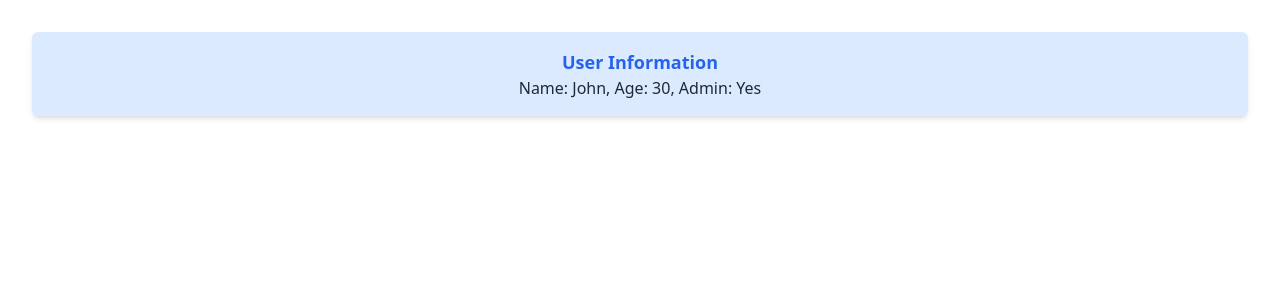
Repository: SitoraRashidova/hw034
Page: /
The author's editor kept a copy of each file at every save. The page is drawn from the files as they stood at one save, then again after a run of saves.
The browser window is 1280 px wide. The pictures show the whole page.
The project was rebuilt for these pictures with package versions that can differ from the ones it lists, and the page was loaded fresh each time. Also part of the build but not shown: vite.config.js.

Above is the page before, as saved 2024-12-26 11:03:59.

After the next 6 saves:
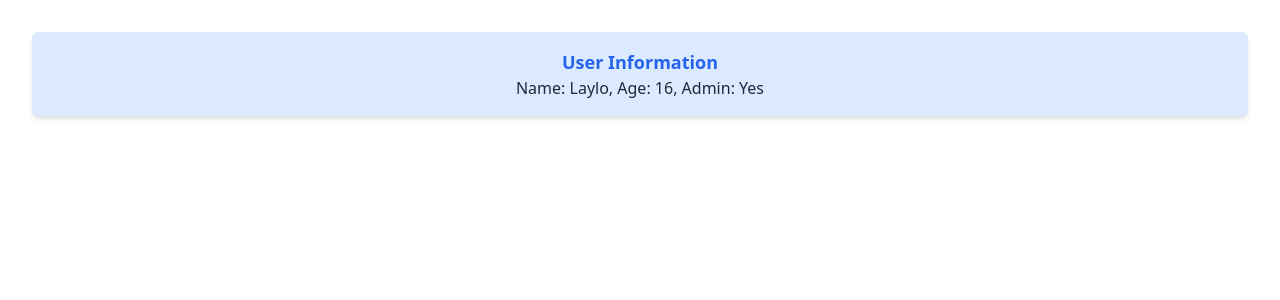
The 6 saves are shown as one change because 1 did not build or start and some came seconds apart.
The last was saved 53 s later.
--- a/src/components/formatUser.jsx
+++ b/src/components/formatUser.jsx
@@ -1,7 +1,7 @@
 import React from "react";
 
 const FormatUser = () => {
-  const user = { name: "John", age: 30, isAdmin: true };
+  const user = { name: "Laylo", age:16 , isAdmin: true };
 
   const formatUser = (user) => {
     return `Name: ${user.name}, Age: ${user.age}, Admin: ${
